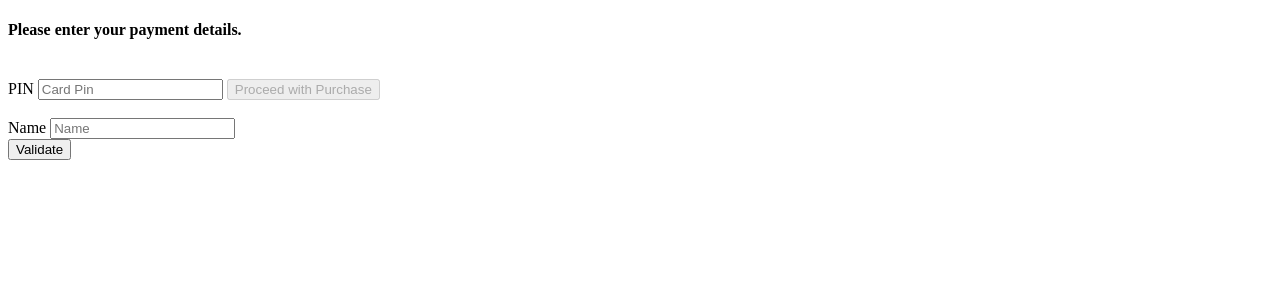
Repository: MylesTobin/is1113117401966
Page: http://localhost/EBusiness/Ebus2.php
The author's editor kept a record of every edit. The page is drawn from the files as they stood at one moment, then again after the next edit.
The browser window is 1280 px wide. The pictures show the whole page.
Some web libraries are served in a nearby version. The page is run by PHP 8.4 with error messages shown; the project is at /var/www/html/.

Above is the page before.

### EBusiness/Ebus2.php
<!DOCTYPE html>
<html>
    <head>

        <title> Enter Details</title>


        <!--jQuery-->
        <script src="https://ajax.googleapis.com/ajax/libs/jquery/3.2.1/jquery.min.js"></script>
    </head>

    <body>
        <!--Payment details-->
        <h4>Please enter your payment details.</h4>

            <br>

            <form method = "POST" action = "Ebus3.php">

                <label for="user_pin">
                     PIN
                </label>

                <input type="password" id="user_pin" placeholder="Card Pin" maxlength="4">

                <button type="Submit" id="btnPurchase" disabled>
                    Proceed with Purchase
                </button>

            </form>
            <br>

               <label for="user_name">
                     Name
                </label>


                <input type="password" id="user_name" placeholder="Name" maxlength="20">


            </form>

            <br>

            <button onClick="validateDetails()"> Validate </button>

        <script type="text/javascript" src="ebus2_validator.js"></script>







            </form>







    </body>



</html>

### EBusiness/ebus2_validator.js
/* global $ */

function validateDetails(){

    var pin;

    pin = document.getElementById("user_pin").value;
     name = document.getElementById("user_name").value;

    if (pin==""){
        alert("Please enter a valid PIN");
        }
    else if (String(pin).length<4){
        alert("Please make sure your PIN is valid");
        }
    else if (String(pin).length=4, name==""){
        alert("Please enter a valid Name")
    }
        else{
            enablebtnPurchase()
        }


        var name;



    if (name==""){
        alert("Please enter a valid Name");
        }
   else if (name!="", String(pin).length<4){
       alert("Please enter a valid PIN");
   }
    else{
        enablebtnPurchase();
        }



}

function enablebtnPurchase(){
     $('#btnPurchase').prop('disabled',false);
}

function disablebtnPurchase(){
     $('#btnPurchase').prop('disabled',true);
}

After the next edit:
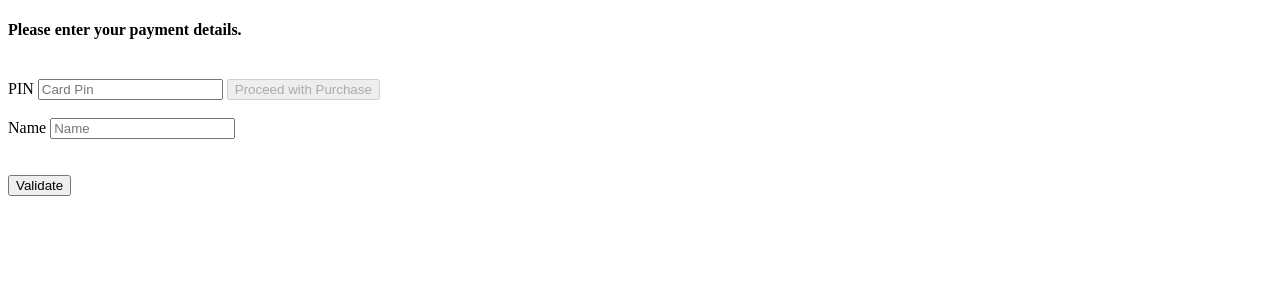
The edit:
--- a/EBusiness/Ebus2.php
+++ b/EBusiness/Ebus2.php
@@ -40,7 +40,7 @@
 
             </form>
 
-            <br>
+            <br><br><br>
 
             <button onClick="validateDetails()"> Validate </button>
 
